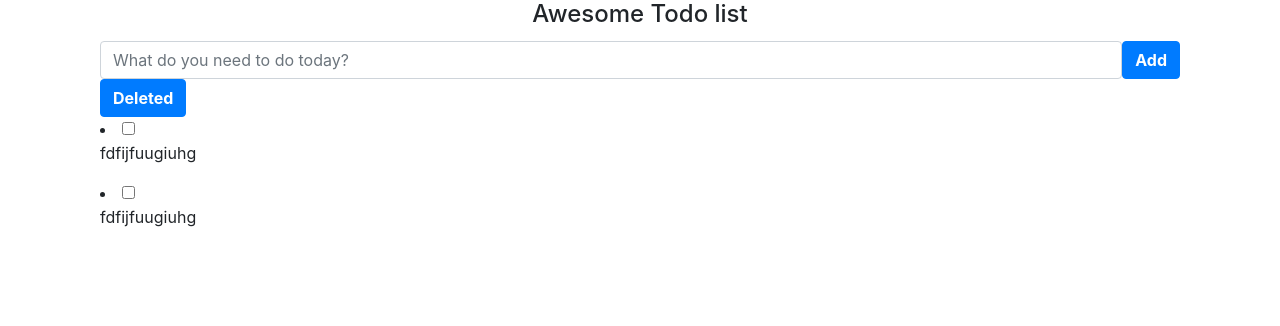
Repository: alohamylight/todolist
Page: index.html
The author's editor kept a copy of each file at every save. The page is drawn from the files as they stood at one save, then again after a run of saves.
The browser window is 1280 px wide. The pictures show the whole page.
Some web libraries are served in a nearby version.

Above is the page before, as saved 2021-05-28 12:12:46.

### index.html
<!DOCTYPE html>
<html lang="ru">
 <head>
<meta charset="utf-8">
<meta name="viewport" content="width=device-width, initial-scale=1, shrink-to-fit=no">
<!-- Bootstrap CSS -->
<link rel="stylesheet" href="https://maxcdn.bootstrapcdn.com/bootstrap/4.0.0/css/bootstrap.min.css" integrity="sha384-Gn5384xqQ1aoWXA+058RXPxPg6fy4IWvTNh0E263XmFcJlSAwiGgFAW/dAiS6JXm" crossorigin="anonymous">
 </head>
 <body>
        <div class="container">
            <div class="col-md-auto" id="todo_list">
                        <h4 class="card-title text-center">Awesome Todo list</h4>
                        <div class="add-items d-flex" id="create_new_todo">
                            <input type="text" class="form-control todo-list-input" id="message" placeholder="What do you need to do today?">
                            <button class="add btn btn-primary font-weight-bold todo-list-add-btn" id="add">Add</button>
                        </div id="wrapper">
                        <button class="add btn btn-primary font-weight-bold todo-list-add-btn" onclick="dell(event)" class="del">Deleted</button>
                        <ul class="list-group" id= "todo">
                        </ul>

                        <li>
                            <input type="checkbox">
                            <p>fdfijfuugiuhg</p>
                            <span></span>
                        </li>
                        <li>
                            <input type="checkbox">
                            <p>fdfijfuugiuhg</p>
                            <span></span>
                        </li>
            </div>
        </div>
        </div>


<script src="https://code.jquery.com/jquery-3.2.1.slim.min.js" integrity="sha384-KJ3o2DKtIkvYIK3UENzmM7KCkRr/rE9/Qpg6aAZGJwFDMVNA/GpGFF93hXpG5KkN" crossorigin="anonymous"></script>
<script src="https://cdnjs.cloudflare.com/ajax/libs/popper.js/1.12.9/umd/popper.min.js" integrity="sha384-ApNbgh9B+Y1QKtv3Rn7W3mgPxhU9K/ScQsAP7hUibX39j7fakFPskvXusvfa0b4Q" crossorigin="anonymous"></script>
<script src="https://maxcdn.bootstrapcdn.com/bootstrap/4.0.0/js/bootstrap.min.js" integrity="sha384-JZR6Spejh4U02d8jOt6vLEHfe/JQGiRRSQQxSfFWpi1MquVdAyjUar5+76PVCmYl" crossorigin="anonymous"></script>
<!-- Подключаем jQuery -->
<script src="https://cdnjs.cloudflare.com/ajax/libs/jquery/2.1.3/jquery.min.js">
</script>
<script src="example.js"></script>
 </body>
</html>

### example.js
let AddTaskBtn = $("#add");
let DeskTaskInput = $("#message");
let todo = $("#todo");
i=-1;
let chbox;

let TodoList = [];
  function func() {
  let newTodo = {
  todo: DeskTaskInput.val(),
  checked:true,
  };

  TodoList.push(newTodo);
  i++;
  console.log(TodoList);
  $('#todo').append("<li><input id='lishka' type='checkbox' checked>" + DeskTaskInput.val()+"</li>");
  console.log(TodoList[i]);
}
$('#add').on('click', function() {
  func();
});

$(document).on('keydown',function(e) {
  if(e.which == 13) {
 func();
}
});

$('li').on('click', function (event) {
  console.log(event.target);
});


/*function dell(event){
chbox=document.getElementById('lishka');
console.log(event.target);
if (chbox.checked) {
  TodoList.splice(i,0)
}
else{}
} */

/*function dell(){
  if (TodoList[i]= checked)
    {TodoList.splice(i,0)}
    else {}

}*/
/*() {if TodoList[i] == checked {}
if (DeskTaskInput=checked) {$('#test').prop('disabled', true);}*/

After the next 4 saves:
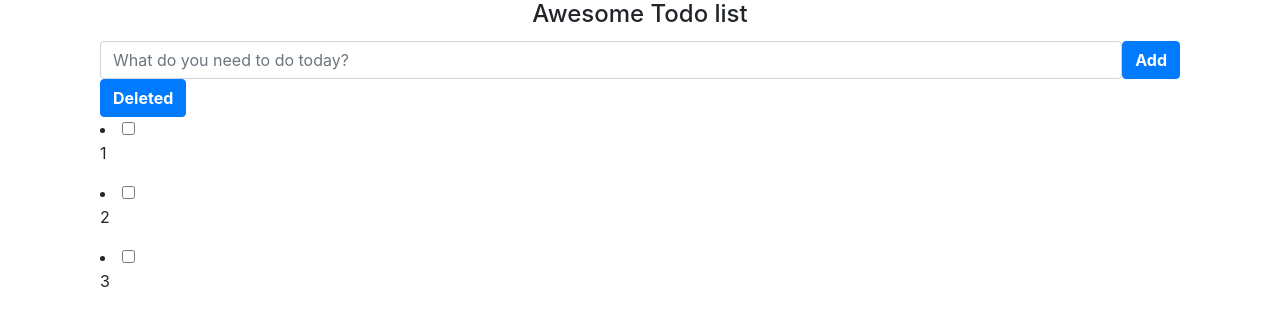
The 4 saves are shown as one change because they came seconds apart.
The last was saved 14 s later.
--- a/index.html
+++ b/index.html
@@ -20,12 +20,17 @@
 
                         <li>
                             <input type="checkbox">
-                            <p>fdfijfuugiuhg</p>
+                            <p>1</p>
                             <span></span>
                         </li>
                         <li>
                             <input type="checkbox">
-                            <p>fdfijfuugiuhg</p>
+                            <p>2</p>
+                            <span></span>
+                        </li>
+                        <li>
+                            <input type="checkbox">
+                            <p>3</p>
                             <span></span>
                         </li>
             </div>
